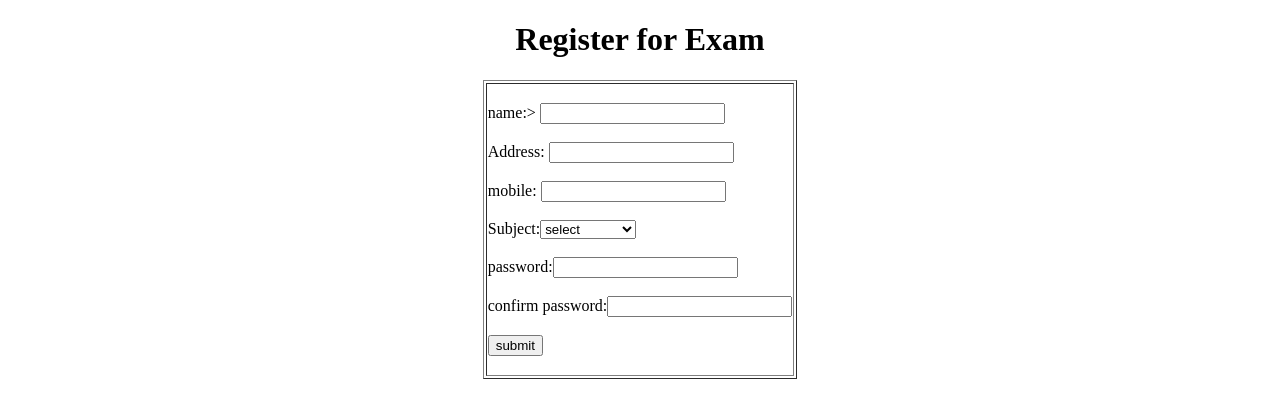
Repository: ravikumar0303/Advance-Java
Page: Assignment/OnlineExam/register.html
These files come from the project's save history. The page is drawn as it stood at one moment and after the next save; the edit follows.
The browser window is 1280 px wide. The pictures show the whole page.

Above is the page before, as saved 2023-06-23 05:51:42.

After the next save:
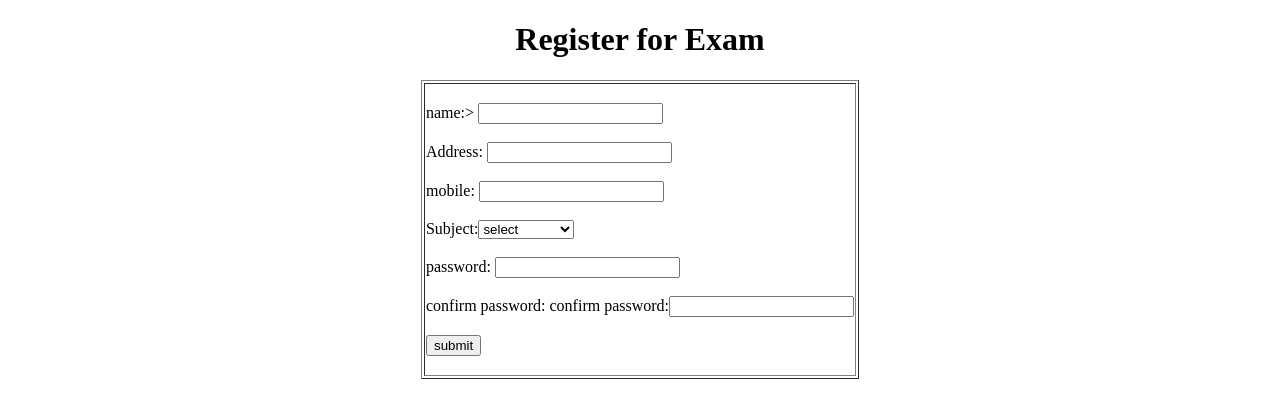
Saved 59 s later.
--- a/Assignment/OnlineExam/register.html
+++ b/Assignment/OnlineExam/register.html
@@ -30,8 +30,10 @@
 						<option value="corejava">CORE JAVA</option>
 
 				</select> <br></br>
-				     password:<input type="text" id="p1"></input> <br></br>
-					confirm password:<input type="text" id="c1"></input> <br></br>
+				 <lable for="p1">  password:</lable>
+				    <input type="text" id="p1"></input> <br></br>
+				    <lable for="cp1">confirm password:</lable>
+					confirm password:<input type="text" id="cp1"></input> <br></br>
 					<button type="submit" id="b1" value="submit">submit</button> <br></br>
 				</td>
 			</table>
